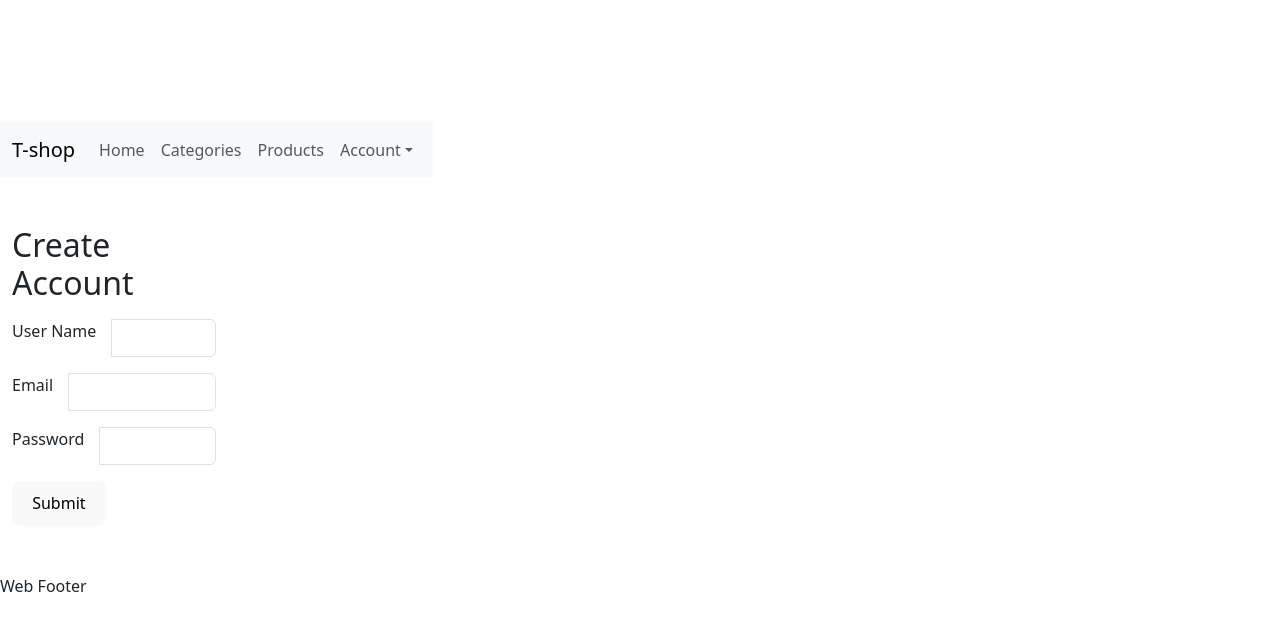
Repository: HadelAbdellatif/ecommerce1
Page: /register
An editor plug-in stored every save of this project. The page is shown before and after a run of saves, followed by the edit.
The browser window is 1280 px wide. The pictures show the whole page.
The project was rebuilt for these pictures with package versions that can differ from the ones it lists, and the page was loaded fresh each time. Also part of the build but not shown: vite.config.js, src/components/web/home/Home.jsx, src/components/web/categories/Categories.jsx, src/components/dashboard/navbar/Navbar.jsx, src/components/dashboard/footer/Footer.jsx, src/layouts/DashboardLayout.jsx, src/components/dashboard/home/Home.jsx, src/components/dashboard/categories/Categories.jsx.

Above is the page before, as saved 2023-11-25 15:07:13.

### src/main.jsx
import React from 'react'
import ReactDOM from 'react-dom/client'

import '../node_modules/bootstrap/dist/css/bootstrap.min.css'
import '../node_modules/bootstrap/dist/js/bootstrap.bundle.min.js'

import { ToastContainer } from 'react-toastify';
import 'react-toastify/dist/ReactToastify.css';

import App from './App.jsx'
import './index.css'

ReactDOM.createRoot(document.getElementById("root")).render(
  <App />
);

### src/App.jsx
import React from 'react'
import {router} from './layouts/Routes.jsx'
import axios from 'axios'
import { ToastContainer } from 'react-toastify';
import {createBrowserRouter, RouterProvider, } from "react-router-dom";



export default function App() {
  return (
    <RouterProvider router={router} />
  )
}

### src/layouts/Routes.jsx

import {createBrowserRouter, RouterProvider, } from "react-router-dom";

import Layout from "./Layout.jsx";
import Home from "./../components/web/home/Home.jsx";
import Categories from "./../components/web/categories/Categories.jsx";
import Register from "../components/web/register/Register.jsx";

import DashboardLayout from "../layouts/DashboardLayout.jsx";
import DashboardHome from "../components/dashboard/home/Home.jsx";
import DashboardCategories from "../components/dashboard/categories/Categories.jsx";


export const router = createBrowserRouter([
    {
      path: "/",
      element: <Layout />,
      children:[
        {
          path:'home',
          element: <Home />
        },
        {
          path:'categories',
          element: <Categories />
        },
        {
          path:'register',
          element: <Register />
        },
        {
          path:'*',
          element: <h2 className='fst-italic'>page not found --- web</h2>
        }
      ]
    },
    {
      path:"/dashboard",
      element: <DashboardLayout />,
      children:[
        {
          path:'home',
          element: <DashboardHome />
        },
        {
          path:'categories',
          element: <DashboardCategories />
        },
        {
          path:'*',
          element: <h2 className='fst-italic'>page not found --- dashboard</h2>
        }
      ]
    }

  ]);

### src/layouts/Layout.jsx
import React from 'react'
import Navbar from '../components/web/navbar/Navbar'
import Footer from '../components/web/footer/Footer'
import { Outlet } from 'react-router-dom'

export default function Layout() {
    return (
        <>
            <Navbar />
            <Outlet />
            <Footer />
        </>
    )
}

### src/components/web/register/Register.jsx
import React from 'react'
import Input from '../../shared/Input';
import { useFormik } from 'formik';
import { registerSchema } from '../Validate';

export default function Register() {

    const onSubmit = values => {
        console.log(values);
    }

    const initialValues = {
        userName: '',
        email: '',
        password: '',
    }

    const formik = useFormik({  //like backend
        initialValues
        ,
        onSubmit
        ,
        validationSchema: registerSchema
        /*  validate: values => {
              let errors = {};
              if (!values.userName) {
                  errors.userName = "user name is required";
              }
              if (!values.email) {
                  errors.email = "email is required";
              }
              if (!values.password) {
                  errors.password = "password is required";
              }

              return errors;
          }
          */
    });


    const inputs = [
        {
            id: 'username',
            type: 'text',
            name: 'userName',  //like backend
            title: 'User Name',
            value: formik.values.userName,  //like backend
        },
        {
            id: 'email',
            type: 'email',
            name: 'email', //like backend
            title: 'Email',
            value: formik.values.email, //like backend

        },
        {
            id: 'password',
            type: 'password',
            name: 'password', //like backend
            title: 'Password',
            value: formik.values.password, //like backend
        },
    ];


    const renderInputs = inputs.map((input, index) =>
        <Input
            type={input.type}
            id={input.id}
            name={input.name}
            title={input.title}
            value={input.value}
            onChange={formik.handleChange}
            errors={formik.errors}
            onBlur={formik.handleBlur}
            touched={formik.touched}
            key={index} />
    )


    return (
        <>
            <div className="container">

                <div className='w-50 d-f'>
                    <h2 className='mt-5'>Create Account</h2>
                    <form className='mb-5' onSubmit={formik.handleSubmit}>
                        {renderInputs}

                        <button type='submit' disabled={!formik.isValid}>Submit</button>
                    </form>
                </div>
            </div>
        </>
    )
}

### src/components/web/navbar/Navbar.jsx
import React from 'react'
import { Link } from 'react-router-dom'

export default function Navbar() {
  return (
    <>
      <nav className="navbar navbar-expand-lg bg-body-tertiary">
        <div className="container">
          <a className="navbar-brand" href="#">T-shop</a>
          <button className="navbar-toggler" type="button" data-bs-toggle="collapse" data-bs-target="#navbarSupportedContent" aria-controls="navbarSupportedContent" aria-expanded="false" aria-label="Toggle navigation">
            <span className="navbar-toggler-icon" />
          </button>
          <div className="collapse navbar-collapse" id="navbarSupportedContent">
            <ul className="navbar-nav m-auto mb-2 mb-lg-0">

              <li className="nav-item">
                <a className="nav-link" href="#">Home</a>
              </li>


              <li className="nav-item">
                <a className="nav-link" href="#">Categories</a>
              </li>


              <li className="nav-item">
                <a className="nav-link" href="#">Products</a>
              </li>


            </ul>
            <ul className="navbar-nav">
              <li className="nav-item dropdown">
                <a className="nav-link dropdown-toggle" href="#" role="button" data-bs-toggle="dropdown" aria-expanded="false">
                  Account
                </a>
                <ul className="dropdown-menu ">
                  <li><Link  to={"/register"} className="dropdown-item" href="#">register</Link></li>
                  <li><hr className="dropdown-divider" /></li>
                  <li><a className="dropdown-item" href="#">login</a></li>
                </ul>
              </li>
            </ul>

          </div>
        </div>
      </nav>

    </>
  )
}

### src/components/web/footer/Footer.jsx
import React from 'react'

export default function Footer() {
  return (
    <div>Web Footer</div>
  )
}

### src/components/shared/Input.jsx
import React from 'react'

export default function Input({ id, title, type = 'text', name, value, onChange, errors, onBlur, touched }) {
    return (
        <>
            <div className="input-group my-3">
                <label htmlFor={id} className='me-3'>{title}</label>
                <input type={type} name={name} className="form-control" id={id} value={value} onChange={onChange} onBlur={onBlur}/>
                {touched[name] && errors[name] && <p className='text text-danger'>{errors[name]}</p>}
            </div>
        </>
    )
}

### src/components/web/Validate.js
import * as yup from 'yup';

export const registerSchema = yup.object({
    userName: yup.string().required("username is required").min(3, "must be at least 3 char").max(30, "max is 30 char"),
    email: yup.string().required("email is required").email(),
    password: yup.string().required("password is required").min(3, "must be at least 3 char").max(30, "max is 30 char"),

})

Loaded but not shown: index.html (common file); src/index.css (common file)

After the next 3 saves:
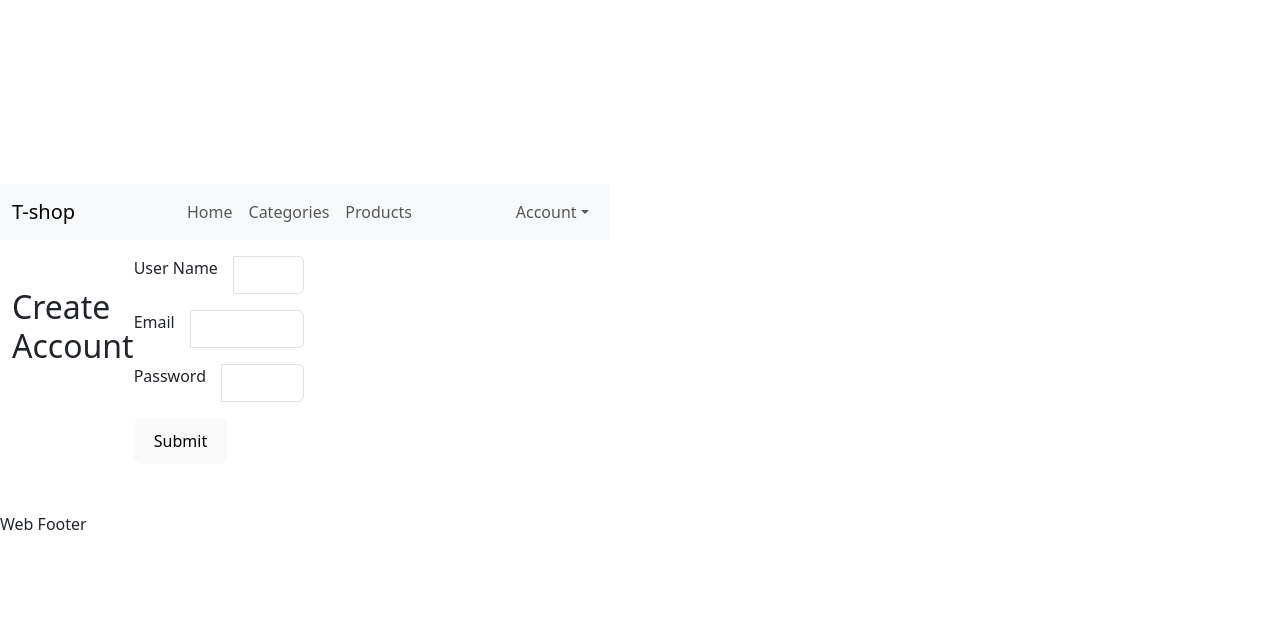
The 3 saves are shown as one change because they came seconds apart.
The last was saved 9 s later.
--- a/src/components/web/register/Register.jsx
+++ b/src/components/web/register/Register.jsx
@@ -84,7 +84,7 @@ export default function Register() {
         <>
             <div className="container">
 
-                <div className='w-50 d-f'>
+                <div className='w-50 d-flex ali'>
                     <h2 className='mt-5'>Create Account</h2>
                     <form className='mb-5' onSubmit={formik.handleSubmit}>
                         {renderInputs}
